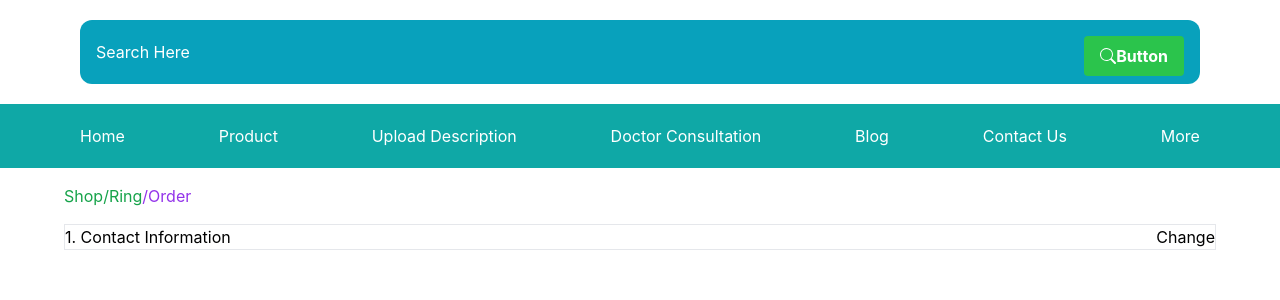
Repository: arafatmollah/form-pharma
Page: /
The author's editor kept a copy of each file at every save. The page is drawn from the files as they stood at one save, then again after the next save.
The browser window is 1280 px wide. The pictures show the whole page.
The project was rebuilt for these pictures with package versions that can differ from the ones it lists, and the page was loaded fresh each time.

Above is the page before, as saved 2023-03-14 23:41:21.

### src/index.js


import React from 'react';
import ReactDOM from 'react-dom/client';
import './index.css';
import App from './App';
import reportWebVitals from './reportWebVitals';

const root = ReactDOM.createRoot(document.getElementById('root'));
root.render(
  <React.StrictMode>
    <App />
  </React.StrictMode>
);

// If you want to start measuring performance in your app, pass a function
// to log results (for example: reportWebVitals(console.log))
// or send to an analytics endpoint. Learn more: https://bit.ly/CRA-vitals
reportWebVitals();

### src/App.js

import './App.css';
import Nav from './Nav';
import Form from './Form';

function App() {
  return (
    <div className="App">
     <Nav></Nav>
     <Form></Form>
    </div>
  );
}

export default App;

### src/App.css
.box-border{
  background-color: #08A1BC;
}
.btn {
  @apply font-bold py-2 px-4 rounded;
  background-color: #2BC44C;
  color: white;
}
.btn-blue {
  @apply bg-blue-500 text-white;
}
.btn-blue:hover {
  @apply bg-blue-700;
}
.nav{
  background-color: #0FA8A6;
}

### src/Nav.js
import React from 'react'
import './App.css';
import { BsSearch } from 'react-icons/bs';

function Nav() {
  return (
    <div>
        <div className='box-border h-16 w-100 p-4 mx-20 my-5 rounded-xl'>
          <div className='flex justify-between align-middle'>
                <p className='text-white mt-1'>Search Here</p>
                <button className="btn mb-1 py-2 flex items-center justify-between"><BsSearch></BsSearch> Button</button>
          </div>
        </div>
        <div className='box-border h-16 w-100 nav'>
            <div className='flex mx-20 items-center justify-between text-white'>
            <div className='mt-5'>Home</div>
            <div className='mt-5'> Product</div>
            <div className='mt-5'>Upload Description</div>
            <div className='mt-5'>Doctor Consultation</div>
            <div className='mt-5'>Blog</div>
            <div className='mt-5'>Contact Us</div>
            <div className='mt-5'>More</div>
            </div>
        </div>
    </div>
  )
}

export default Nav

### src/Form.js
import React from 'react'

function form() {
  return (
    <div>
        <div className='mx-16'>
            <div className='flex my-4'>
                <p className='text-green-600'>Shop</p>
                <p className='text-green-600'> /Ring</p>
                <p className='text-purple-600'>/Order</p>
            </div>
            <div className='border flex justify-between'>
              <p>1. Contact Information</p>
              <p>Change </p>
            </div>
        </div>
    </div>
  )
}

export default form

Loaded but not shown: public/index.html (common file); src/index.css (common file); src/reportWebVitals.js (common file); tailwind.config.js (common file)

After the next save:
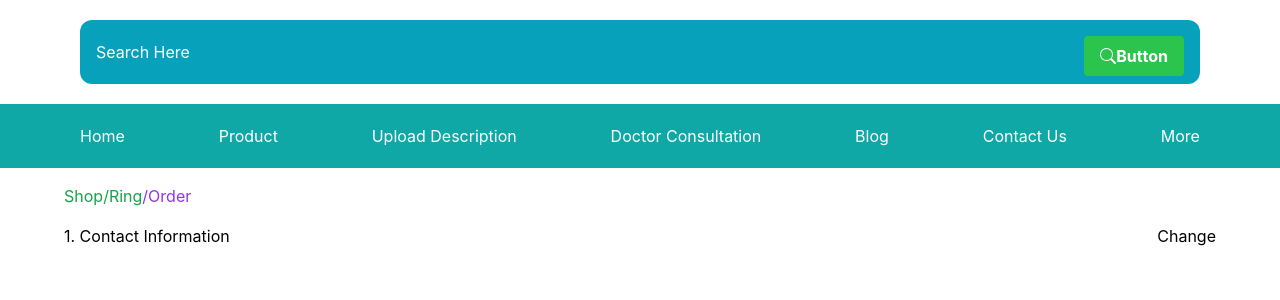
Saved 10 s later.
--- a/src/Form.js
+++ b/src/Form.js
@@ -9,7 +9,7 @@ function form() {
                 <p className='text-green-600'> /Ring</p>
                 <p className='text-purple-600'>/Order</p>
             </div>
-            <div className='border flex justify-between'>
+            <div className='info flex justify-between'>
               <p>1. Contact Information</p>
               <p>Change </p>
             </div>
